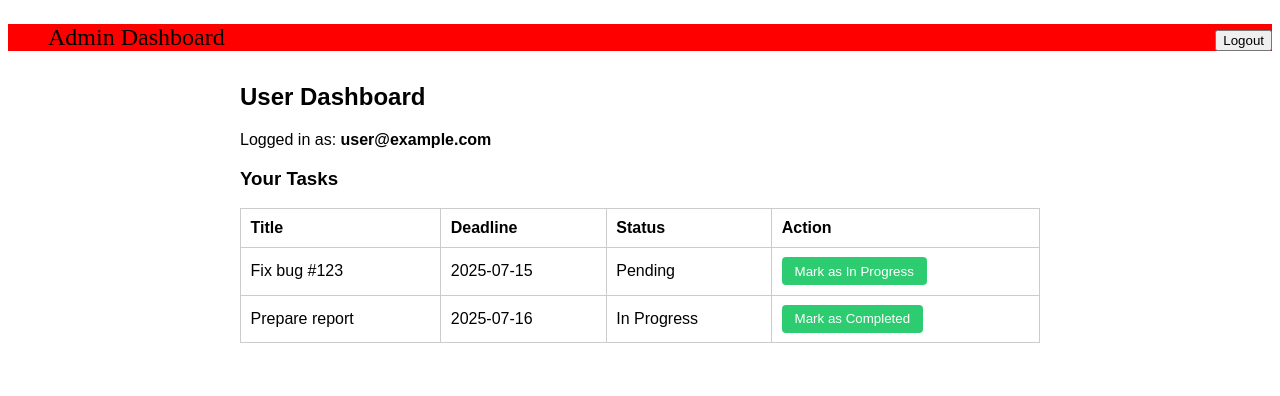
Repository: Edmund-Kiama/todoPHP
Page: /user (app in task-manager-frontend/)
An editor plug-in stored every save of this project. The page is shown before and after the next save, followed by the edit.
The browser window is 1280 px wide. The pictures show the whole page.
The project was rebuilt for these pictures with package versions that can differ from the ones it lists, and the page was loaded fresh each time. Also part of the build but not shown: task-manager-frontend/vite.config.js, task-manager-frontend/src/components/Login/login.css, task-manager-frontend/src/components/Login/Login.vue, task-manager-frontend/src/components/Admin/admin.css, task-manager-frontend/src/components/Admin/AdminDashboard.vue.

Above is the page before, as saved 2025-07-12 21:44:04.

### task-manager-frontend/src/App.vue
<script setup>
  import Navbar from './components/Navbar/Navbar.vue';
  import { store } from './store';
</script>

<template>
  <Navbar />
  <router-view />
</template>

### task-manager-frontend/src/router/index.js
import { createRouter, createWebHistory } from 'vue-router';
import Login from '../components/Login/Login.vue';
import AdminDashboard from '../components/Admin/AdminDashboard.vue';
import UserDashboard from '../components/User/UserDashboard.vue';

const routes = [
  { path: '/', name: 'Login', component: Login },
  { path: '/admin', name: 'AdminDashboard', component: AdminDashboard },
  { path: '/user', name: 'UserDashboard', component: UserDashboard }
];

const router = createRouter({
  history: createWebHistory(),
  routes
});

export default router;

### task-manager-frontend/src/components/Navbar/Navbar.vue

<template>
  <nav v-if="store.user.loggedIn" class="navbar">
    <ul>
      <li v-if="user.role === 'admin'">Admin Dashboard</li>
      <li v-if="user.role === 'user'">User Dashboard</li>
      <li><button @click="logout">Logout</button></li>
    </ul>
  </nav>
</template>

<script setup>
  import "./nav.css"
  import { store } from '../../store'
  import { useRouter } from 'vue-router'

  const router = useRouter()

  const user = store.user
  if (!user.loggedIn) router.push('/')

  function logout() {
    store.user.role = null
    store.user.loggedIn = false
    localStorage.removeItem('token')
    router.push('/')
  }
</script>

### task-manager-frontend/src/store.js
import { reactive } from 'vue'

export const store = reactive({
  user: {
    role: "admin",
    loggedIn: true,
    username: null
  },
})

### task-manager-frontend/src/components/User/UserDashboard.vue
<!-- src/views/UserDashboard.vue -->
<template>
    <div class="user-dashboard">
      <h2>User Dashboard</h2>
      <p>Logged in as: <strong>{{ currentUser }}</strong></p>

      <section>
        <h3>Your Tasks</h3>
        <table v-if="userTasks.length">
          <thead>
            <tr>
              <th>Title</th><th>Deadline</th><th>Status</th><th>Action</th>
            </tr>
          </thead>
          <tbody>
            <tr v-for="(task, index) in userTasks" :key="index">
              <td>{{ task.title }}</td>
              <td>{{ task.deadline }}</td>
              <td>{{ task.status }}</td>
              <td>
                <button
                  v-if="task.status !== 'Completed'"
                  @click="advanceStatus(index)"
                >
                  Mark as {{ nextStatus(task.status) }}
                </button>
              </td>
            </tr>
          </tbody>
        </table>

        <p v-else>No tasks assigned to you.</p>
      </section>
    </div>
  </template>

  <script setup>
  import './user.css'
  import { ref, computed } from 'vue';

  // Mocked logged-in user
  const currentUser = 'user@example.com';

  // Mocked task list — in a real app, fetch from backend
  const allTasks = ref([
    { title: 'Fix bug #123', user: 'user@example.com', deadline: '2025-07-15', status: 'Pending' },
    { title: 'Prepare report', user: 'user@example.com', deadline: '2025-07-16', status: 'In Progress' },
    { title: 'Update Docs', user: 'bob@example.com', deadline: '2025-07-17', status: 'Pending' }
  ]);

  const userTasks = computed(() =>
    allTasks.value.filter(task => task.user === currentUser)
  );

  function nextStatus(status) {
    if (status === 'Pending') return 'In Progress';
    if (status === 'In Progress') return 'Completed';
    return '';
  }

  function advanceStatus(index) {
    const task = userTasks.value[index];
    if (task.status === 'Pending') {
      task.status = 'In Progress';
    } else if (task.status === 'In Progress') {
      task.status = 'Completed';
    }
  }
</script>

### task-manager-frontend/src/components/Navbar/nav.css
.navbar {
    background: red;
}
.navbar ul {
    display: flex;
    justify-content: space-between;
    align-items: center;
    gap: 1rem;
    list-style: none;
    font-size: x-large;
}adding: 10px;
}

.navbar button {
    text-decoration: none;
    background: none;
    border: none;
    padding: 10px;
    border-radius: 5px;
    color: #333;
    font-size: large;
    transition: all;
    transition-duration: 300ms;
    cursor: pointer;
}
.navbar button:hover {
    background-color:  #3498db;
    color: white;
}

### task-manager-frontend/src/components/User/user.css
.user-dashboard {
    max-width: 800px;
    margin: 2rem auto;
    font-family: Arial, sans-serif;
}

.user-dashboard table {
    width: 100%;
    border-collapse: collapse;
    margin-top: 1rem;
}

.user-dashboard th, td {
    padding: 0.6rem;
    border: 1px solid #ccc;
    text-align: left;
}

.user-dashboard button {
    padding: 0.4rem 0.8rem;
    background: #2ecc71;
    color: white;
    border: none;
    border-radius: 4px;
    cursor: pointer;
}

.user-dashboard button:hover {
    background: #27ae60;
}

Loaded but not shown: task-manager-frontend/index.html (common file); task-manager-frontend/src/main.js (common file)

After the next save:
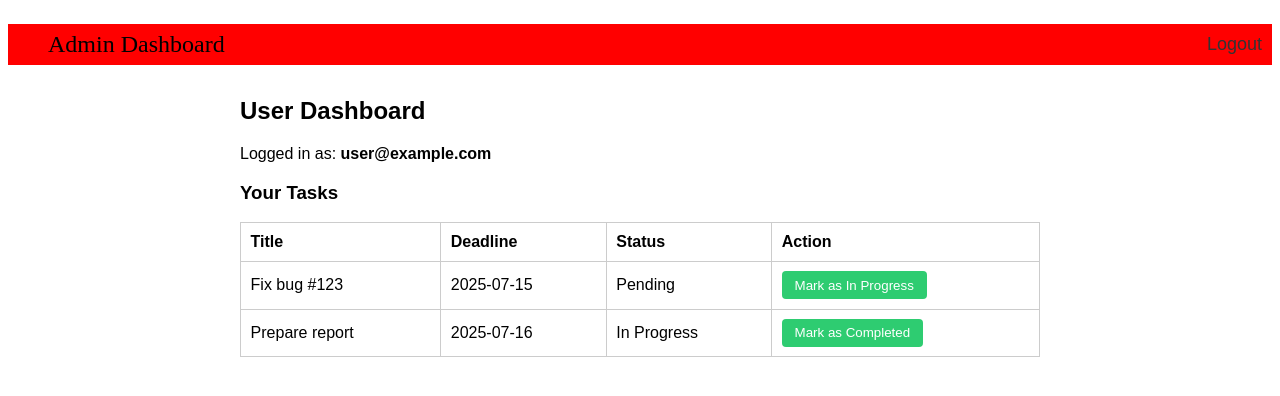
Saved 5 s later.
--- a/task-manager-frontend/src/components/Navbar/nav.css
+++ b/task-manager-frontend/src/components/Navbar/nav.css
@@ -8,9 +8,7 @@
     gap: 1rem;
     list-style: none;
     font-size: x-large;
-}adding: 10px;
 }
-
 .navbar button {
     text-decoration: none;
     background: none;
